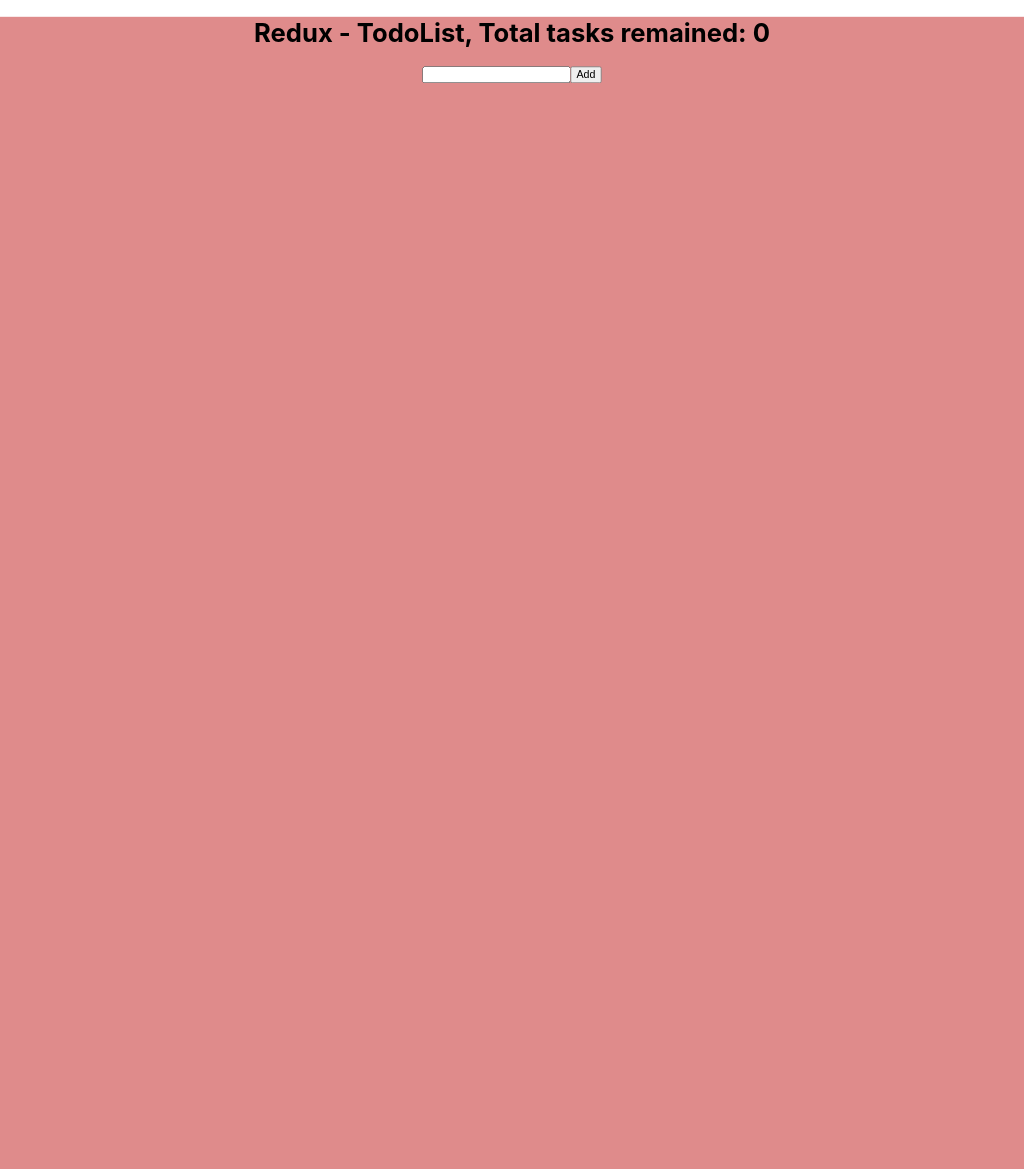
Repository: BhanuKaukuntla/TodoApp
Page: /
These files come from the project's save history. The page is drawn as it stood at one moment and after the next save; the edit follows.
The browser window is 1280 px wide. The pictures show the whole page, at 80% of full size.
The project was rebuilt for these pictures with package versions that can differ from the ones it lists, and the page was loaded fresh each time. Also part of the build but not shown: src/components/TodoItem/TodoItem.js.

Above is the page before, as saved 2021-12-01 09:57:39.

After the next save:
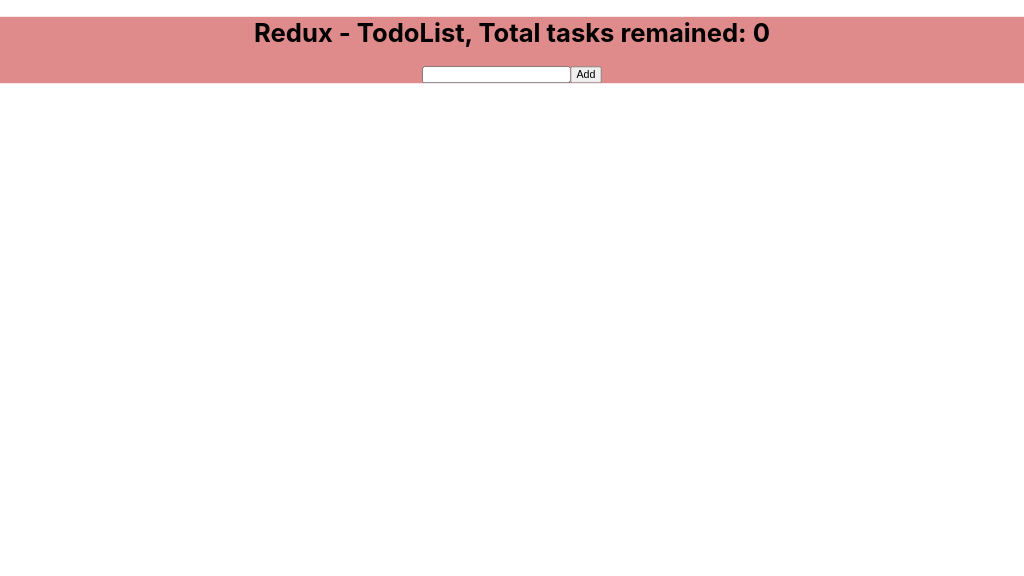
Saved 19 s later.
--- a/src/index.css
+++ b/src/index.css
@@ -13,7 +13,7 @@ code {
 }
 .App {
   text-align: center;
-  height: 200vh;
+  /* height: 200vh; */
   /* background-color: #e77a7a; */
   background-color: #df8b8b;
   margin-top: 0%;
